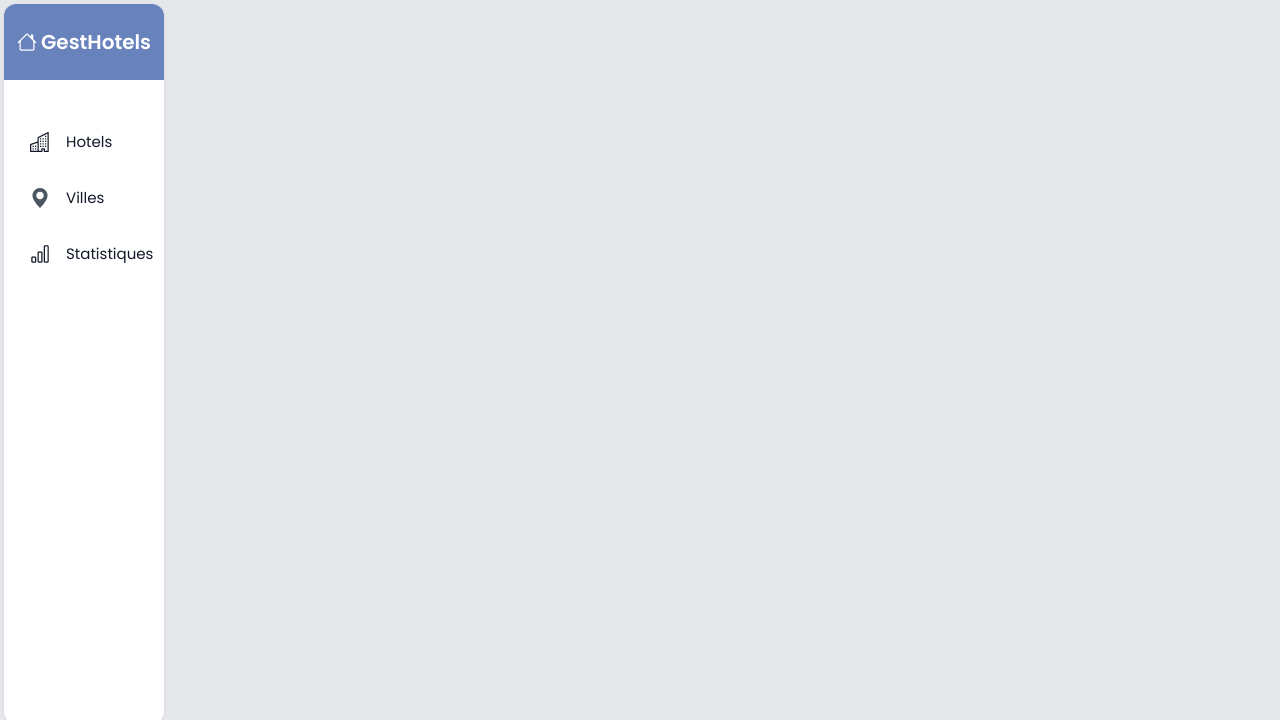
Repository: yahyamourid/GestHotelsEJB
Page: http://localhost/ISICEJBWeb/sidBar.jsp
These files come from the project's save history. The page is drawn as it stood at one moment and after the next save; the edit follows.
The browser window is 1280 px wide. The pictures show the whole page.
Some web libraries are served in a nearby version. The page is served by Tomcat 10. Nobody is signed in. The application's start-up code is not run.

Above is the page before, as saved 2023-12-01 16:12:41.
Console error: TypeError: Cannot read properties of null (reading 'classList')

After the next save:
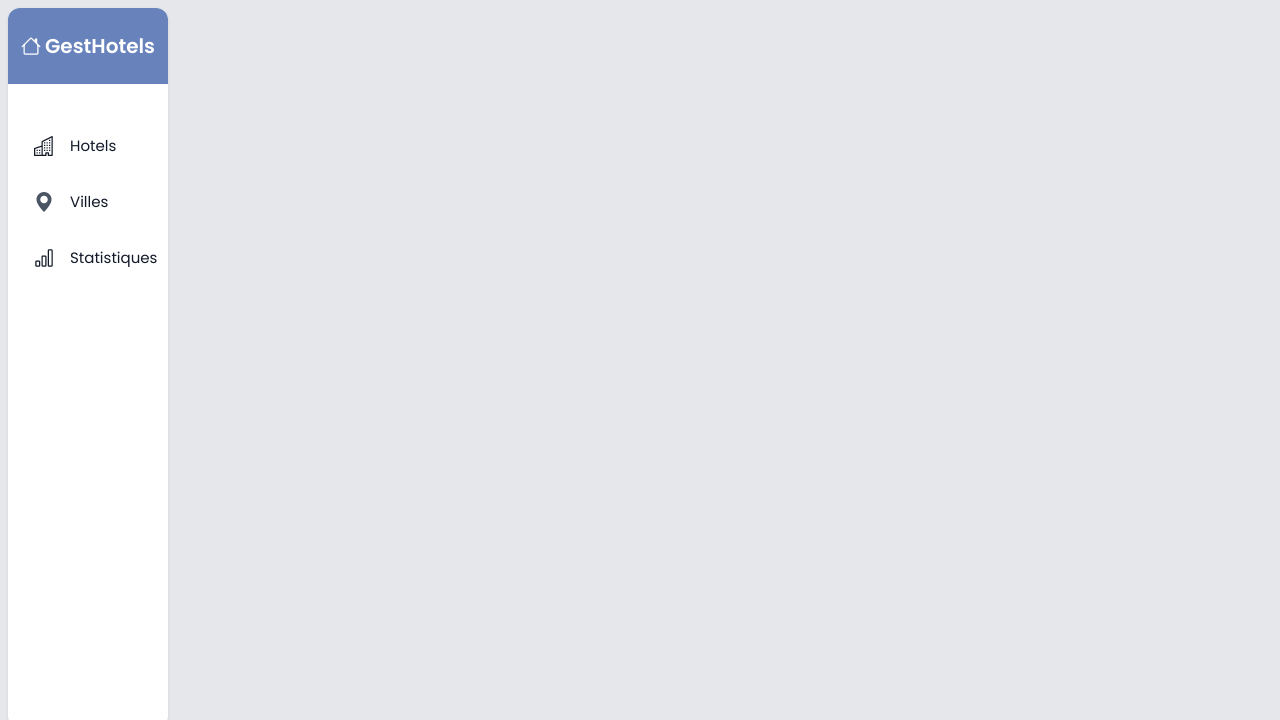
Saved 14 s later.
--- a/ISICEJBWeb/src/main/webapp/sidBar.jsp
+++ b/ISICEJBWeb/src/main/webapp/sidBar.jsp
@@ -34,7 +34,7 @@
 %>
 
         <div class="sidebar  fixed top-0 bottom-0 lg:left-0 left-[-300px] duration-1000
-               w-[160px] overflow-y-auto text-center  bg-white shadow h-screen m-1 rounded-xl" >
+               w-[160px] overflow-y-auto text-center  bg-white shadow h-screen m-2 rounded-xl" >
 
 
             <div class=" text-xl">
